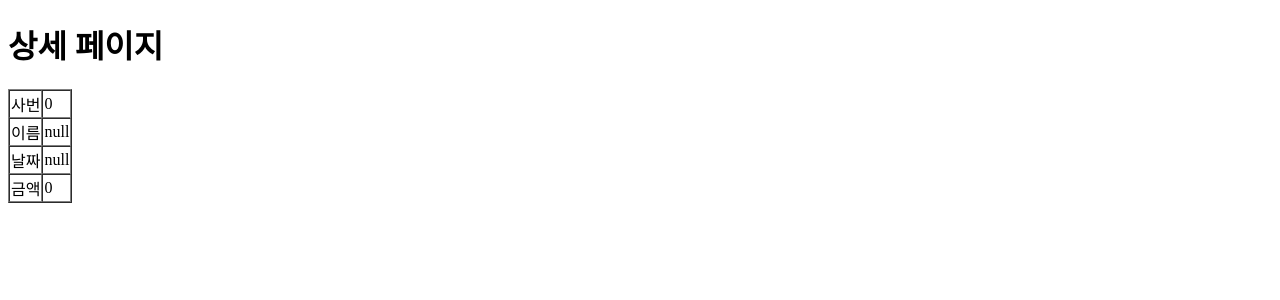
Repository: Lee-seongBeom/bitclass
Page: http://localhost/web09/emp/detail.jsp
These files come from the project's save history. The page is drawn as it stood at one moment and after the next save; the edit follows.
The browser window is 1280 px wide. The pictures show the whole page.
The page is served by Tomcat 9. Queries for data that is not in the repository find no rows.

Above is the page before, as saved 2020-07-08 02:53:29.

### web/web09/WebContent/emp/detail.jsp
<%@ page language="java" contentType="text/html; charset=EUC-KR"
    pageEncoding="EUC-KR" import="java.sql.*,com.bit.*"%>
<!DOCTYPE html PUBLIC "-//W3C//DTD HTML 4.01 Transitional//EN" "http://www.w3.org/TR/html4/loose.dtd">
<html>
<head>
<meta http-equiv="Content-Type" content="text/html; charset=EUC-KR">
<title>Insert title here</title>
</head>
<body>
<jsp:useBean id="bean" class="com.bit.EmpDto"></jsp:useBean>
<jsp:setProperty property="sabun" name="bean"/>

<%
	Connection conn=null;
	Statement stmt= null;
	ResultSet rs=null;

	try{
		conn=MyOracle.getConnection();
		stmt=conn.createStatement();
		rs=stmt.executeQuery("select * from emp02 where sabun="+bean.getSabun());
		if(rs.next()){
			bean.setName(rs.getString("name"));
			bean.setNalja(rs.getDate("nalja"));
			bean.setPay(rs.getInt("pay"));
		}

	}finally{
		if(rs!=null)rs.close();
		if(stmt!=null)stmt.close();
		if(conn!=null)conn.close();
	}
%>
	<h1>상세 페이지</h1>
	<table border="1" cellspacing="0">
		<tr>
			<td>사번</td>
			<td><%=bean.getSabun() %> </td>
		</tr>
		<tr>
			<td>이름</td>
			<td><%=bean.getName() %></td>
		</tr>
		<tr>
			<td>날짜</td>
			<td><%=bean.getNalja() %></td>
		</tr>
		<tr>
			<td>금액</td>
			<td><%=bean.getPay() %></td>
		</tr>
	</table>
</body>
</html>

### web/web09/src/com/bit/EmpDto.java
package com.bit;

import java.sql.Date;

public class EmpDto {
	private int sabun;
	private String name;
	private Date nalja;
	private int pay;


	public int getSabun() {
		return sabun;
	}
	public void setSabun(int sabun) {
		this.sabun = sabun;
	}
	public String getName() {
		return name;
	}
	public void setName(String name) {
		this.name = name;
	}
	public Date getNalja() {
		return nalja;
	}
	public void setNalja(Date nalja) {
		this.nalja = nalja;
	}
	public int getPay() {
		return pay;
	}
	public void setPay(int pay) {
		this.pay = pay;
	}
}

### web/web09/src/com/bit/MyOracle.java
package com.bit;

import java.sql.Connection;
import java.sql.DriverManager;
import java.sql.SQLException;

public class MyOracle {
	private static Connection conn;
	private static String driver="oracle.jdbc.driver.OracleDriver";
	private static String url="jdbc:oracle:thin:@localhost:1521:xe";
	private static String user="scott";
	private static String password="tiger";

	private MyOracle() {}

	public static Connection getConnection() throws SQLException{
		if(conn==null || conn.isClosed()){
			try {
				Class.forName(driver);
			} catch (ClassNotFoundException e) {
				e.printStackTrace();
			}
			conn=DriverManager.getConnection(url,user,password);
		}
		return conn;
	}
}

After the next save:
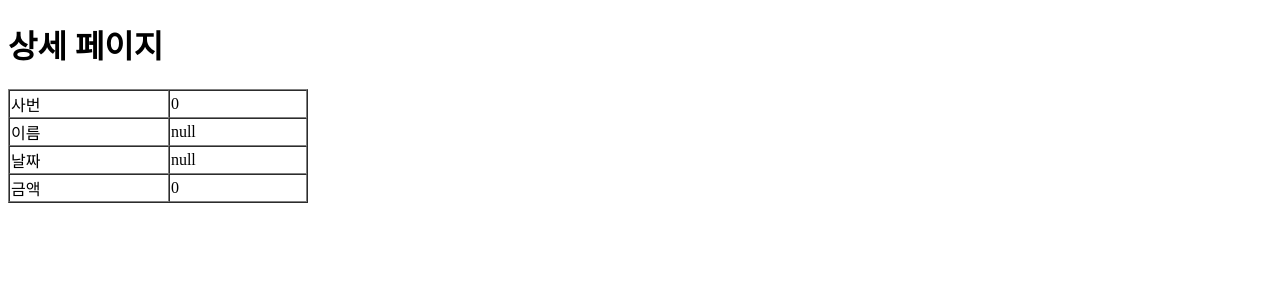
Saved 17 s later.
--- a/web/web09/WebContent/emp/detail.jsp
+++ b/web/web09/WebContent/emp/detail.jsp
@@ -32,7 +32,7 @@
 	}
 %>
 	<h1>상세 페이지</h1>
-	<table border="1" cellspacing="0">
+	<table width = 300 border="1" cellspacing="0">
 		<tr>
 			<td>사번</td>
 			<td><%=bean.getSabun() %> </td>
